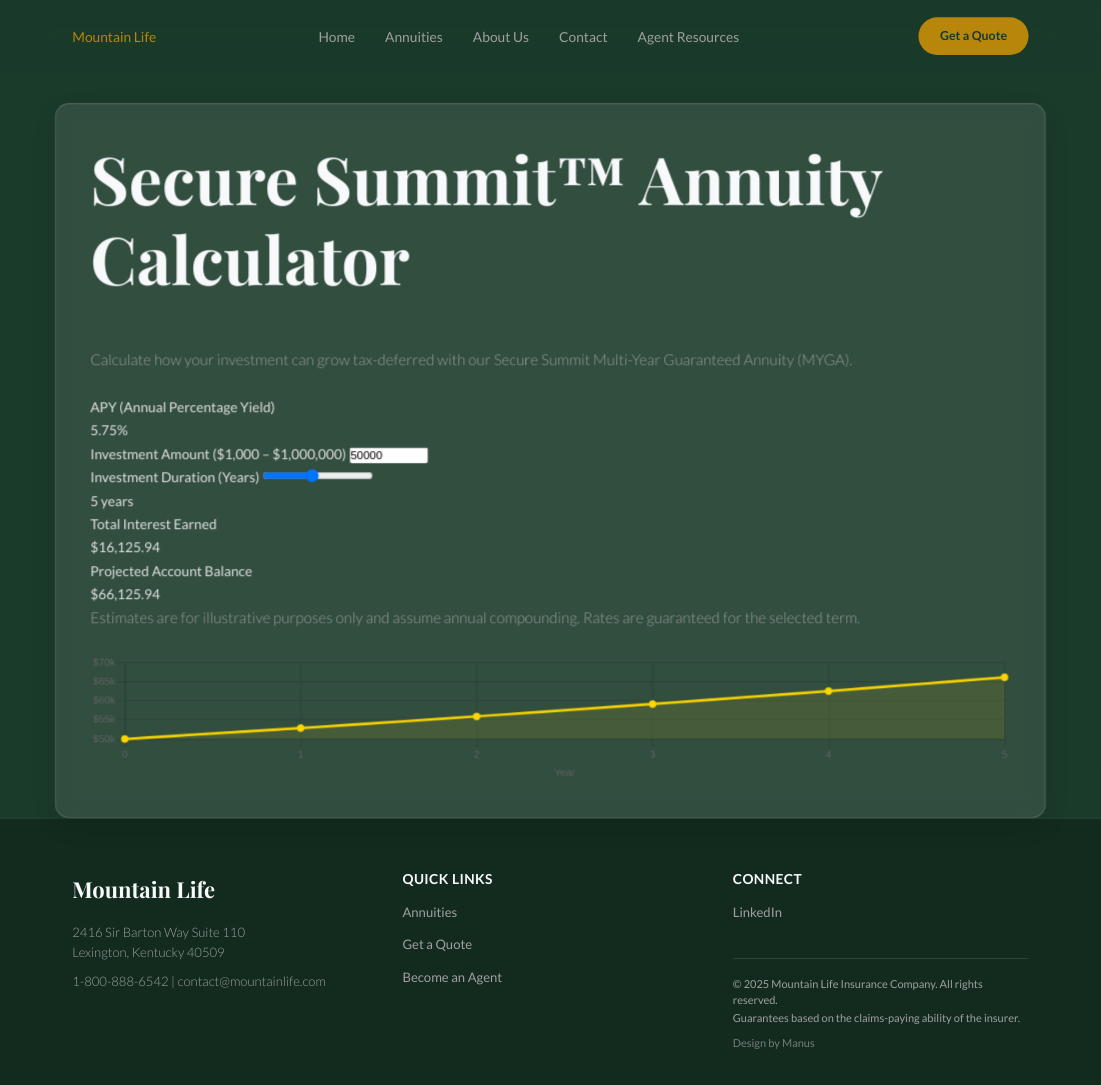
Repository: nighttimeweb/mountain-lux
Page: annuity-calculator.html
These files come from the project's save history. The page is drawn as it stood at one moment and after the next save; the edit follows.
The browser window is 1280 px wide. The pictures show the whole page, at 86% of full size.

Above is the page before, as saved 2025-05-06 00:10:36.

After the next save:
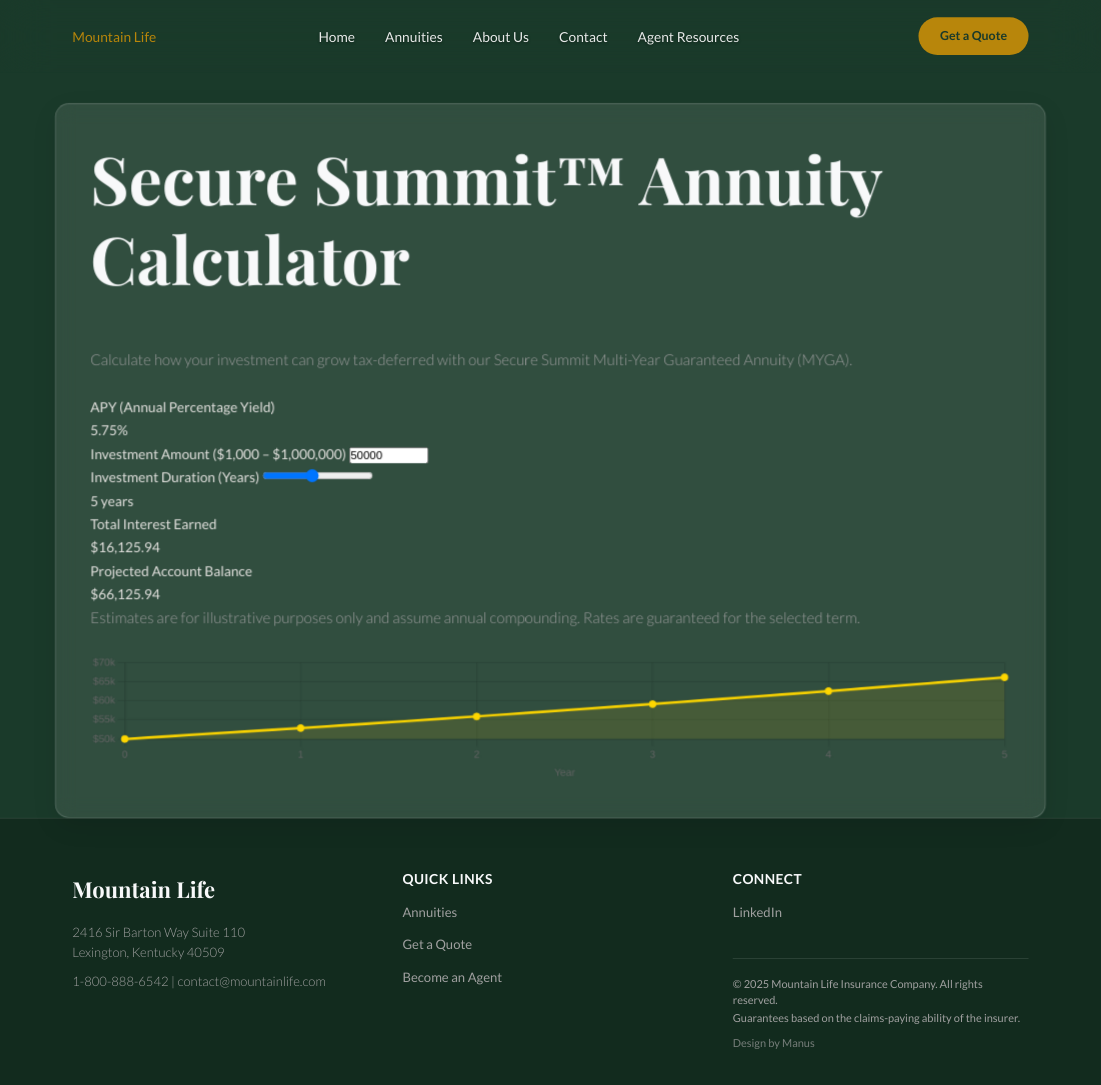
Saved 2 min 21 s later.
--- a/style.css
+++ b/style.css
@@ -225,8 +225,9 @@
 
 .main-nav-luxury ul li a {
     font-size: 1rem;
-    font-weight: 400;
-    color: var(--text-secondary);
+    font-weight: 500; /* Slightly bolder for better legibility */
+    color: rgba(255, 255, 255, 0.9); /* Brighter text */
+    text-shadow: 0 1px 3px rgba(0, 0, 0, 0.4); /* Soft shadow for contrast */
     text-decoration: none;
     position: relative;
     padding-bottom: 8px;
